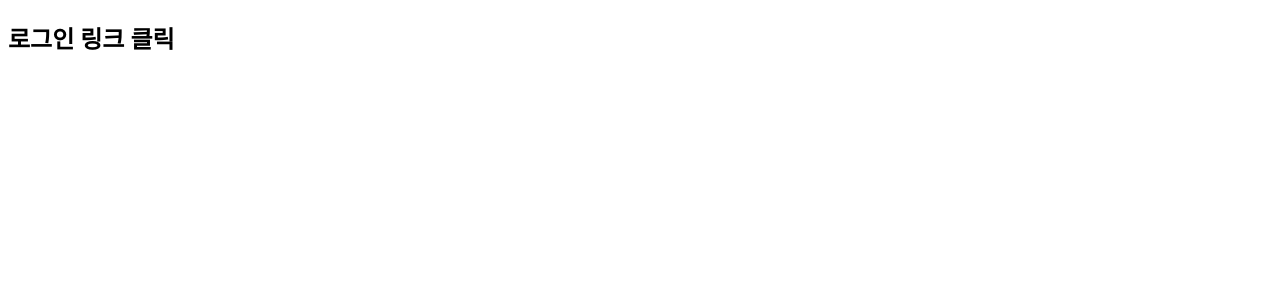
Repository: kimteayoung/spring
Page: http://localhost/spring_20211123_02/
These files come from the project's save history. The page is drawn as it stood at one moment and after the next save; the edit follows.
The browser window is 1280 px wide. The pictures show the whole page.
The page is served by Tomcat 9.

Above is the page before, as saved 2021-11-23 05:40:56.

After the next save:
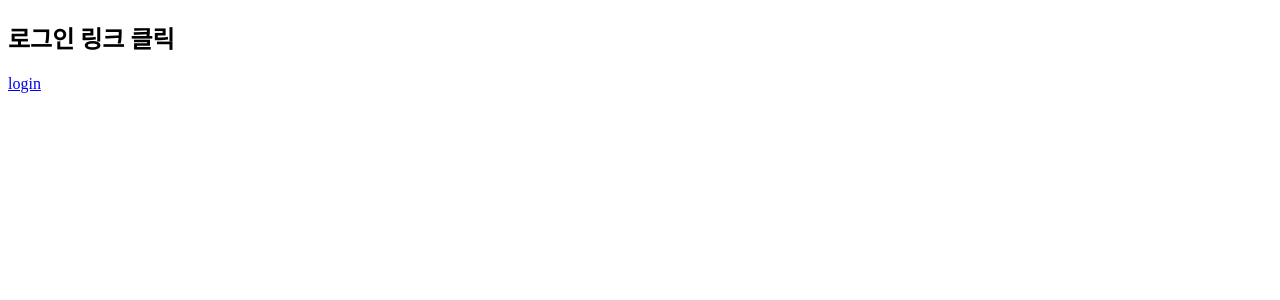
Saved 79 s later.
--- a/workspace-sts-3.9.18.RELEASE/spring_20211123_02/src/main/webapp/WEB-INF/views/index.jsp
+++ b/workspace-sts-3.9.18.RELEASE/spring_20211123_02/src/main/webapp/WEB-INF/views/index.jsp
@@ -8,6 +8,6 @@
 </head>
 <body>
 <h2>로그인 링크 클릭</h2>
-
+<a href="login">login</a>
 </body>
 </html>
